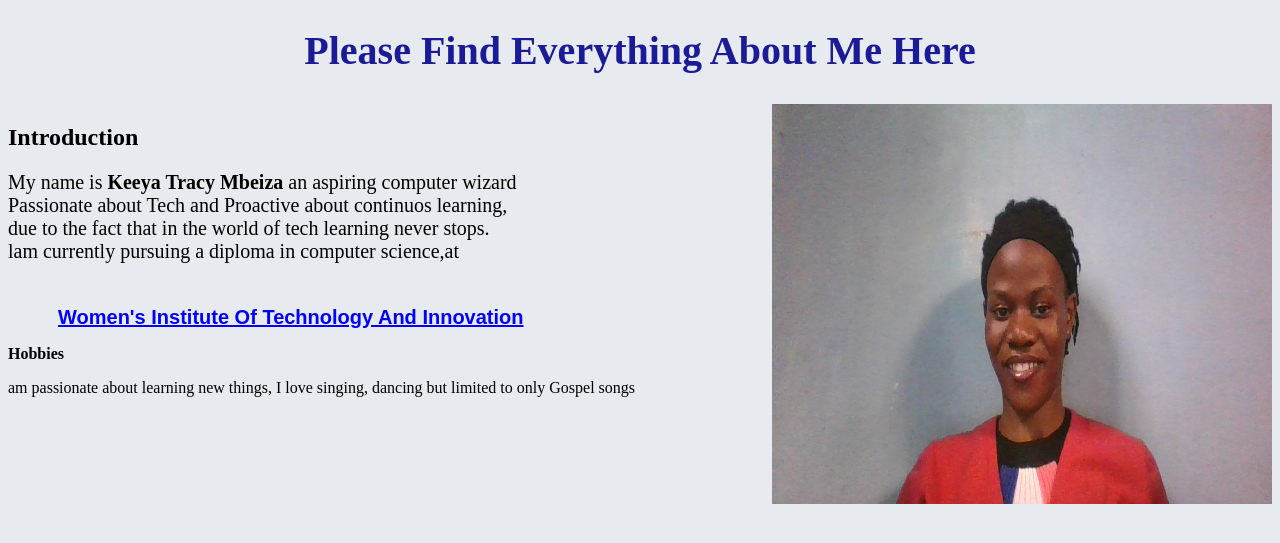
Repository: tracykeeya/my_first_web
Page: index.html
An editor plug-in stored every save of this project. The page is shown before and after the next save, followed by the edit.
The browser window is 1280 px wide. The pictures show the whole page.

Above is the page before, as saved 2025-11-03 12:05:50.

After the next save:
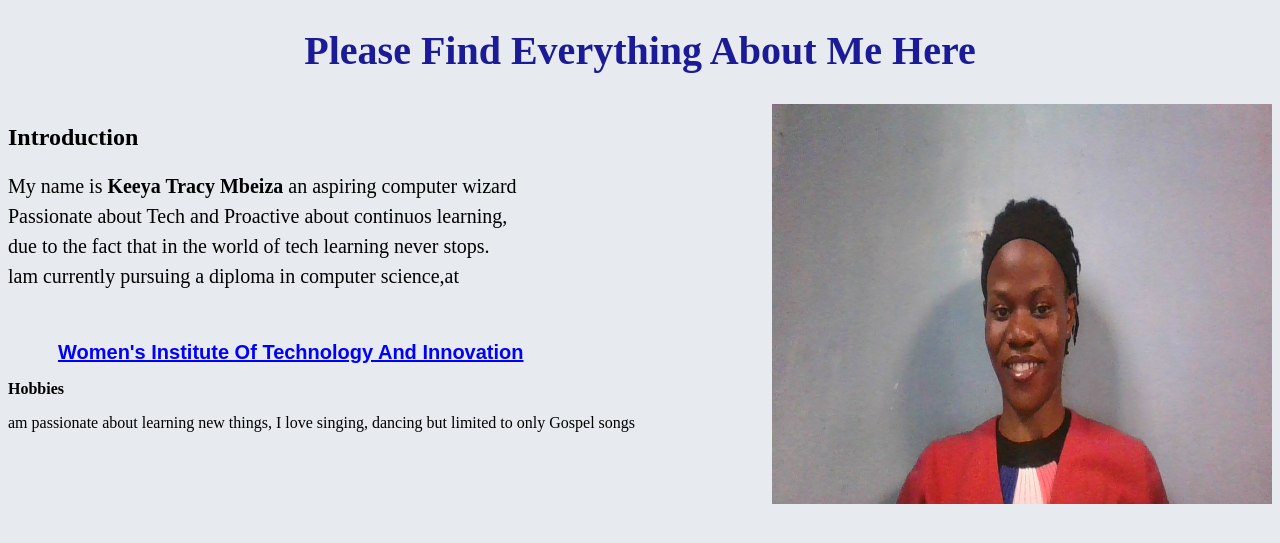
Saved 48 s later.
--- a/index.html
+++ b/index.html
@@ -16,7 +16,7 @@
         <div style="width: 60%;">
     <h2 style="color: black;">Introduction</h2>
 
-    <p style="font-size: 20px; ">My name is<strong> Keeya Tracy Mbeiza</strong> an aspiring computer wizard<br>Passionate about Tech and Proactive about continuos learning,<br> due to the fact that in the world of tech learning never stops.<br> lam currently pursuing a diploma in computer science,at<br>
+    <p style="font-size: 20px; line-height: 30px;">My name is<strong> Keeya Tracy Mbeiza</strong> an aspiring computer wizard<br>Passionate about Tech and Proactive about continuos learning,<br> due to the fact that in the world of tech learning never stops.<br> lam currently pursuing a diploma in computer science,at<br>
         </br></p>
     <a href="https://www.witi.ac.ug/" style="position: relative; left: 50px; color: rgb(0, 0, 255); font-size: 20px; font-family: Arial, Helvetica, sans-serif"><b> Women's Institute Of Technology And Innovation</b></a>
 
